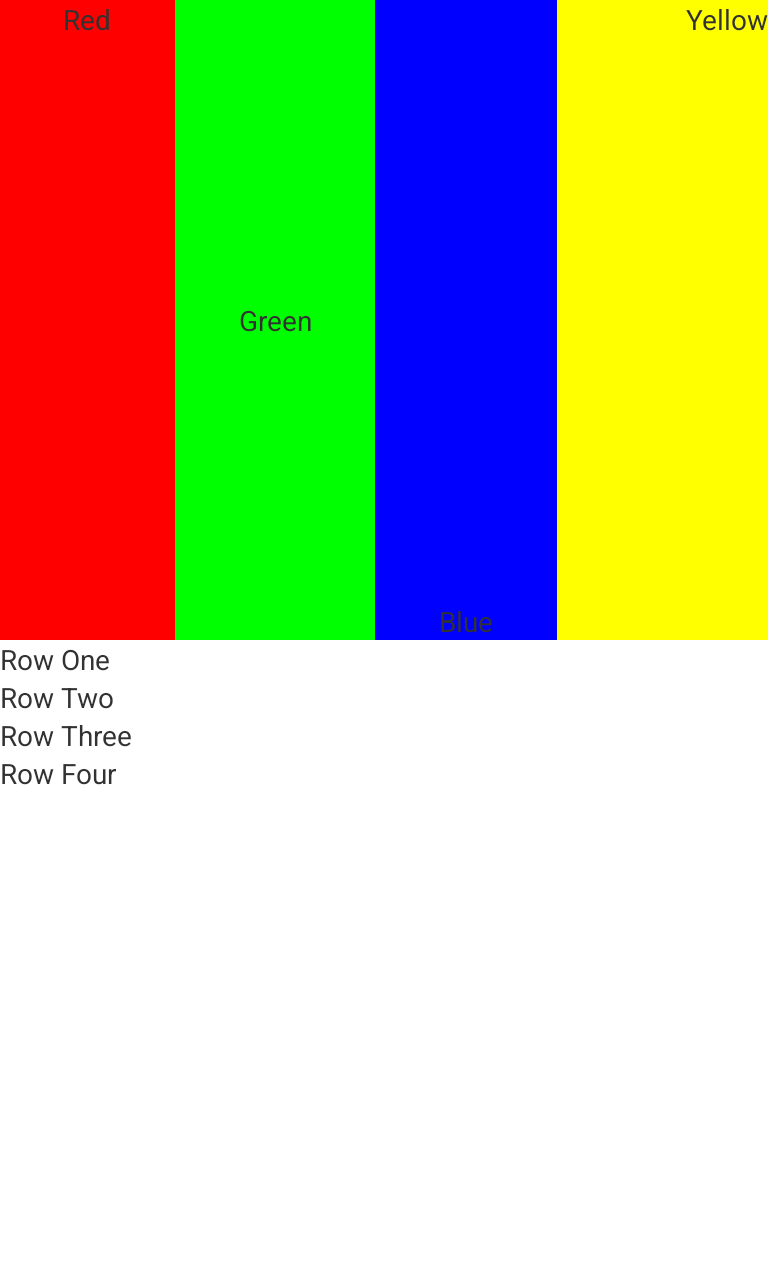
Repository: LuciferUltraM/workspace-utk
Layout: HelloViews/res/layout/activity_main.xml
An editor plug-in stored every save of this project. The layout is shown before and after the next save, followed by the edit.
It is drawn on a 768 x 1280 px phone screen (xhdpi) without system bars, with theme AppTheme; the app's code is not run.

Above is the layout before, as saved 2013-05-22 08:04:22.

After the next save:
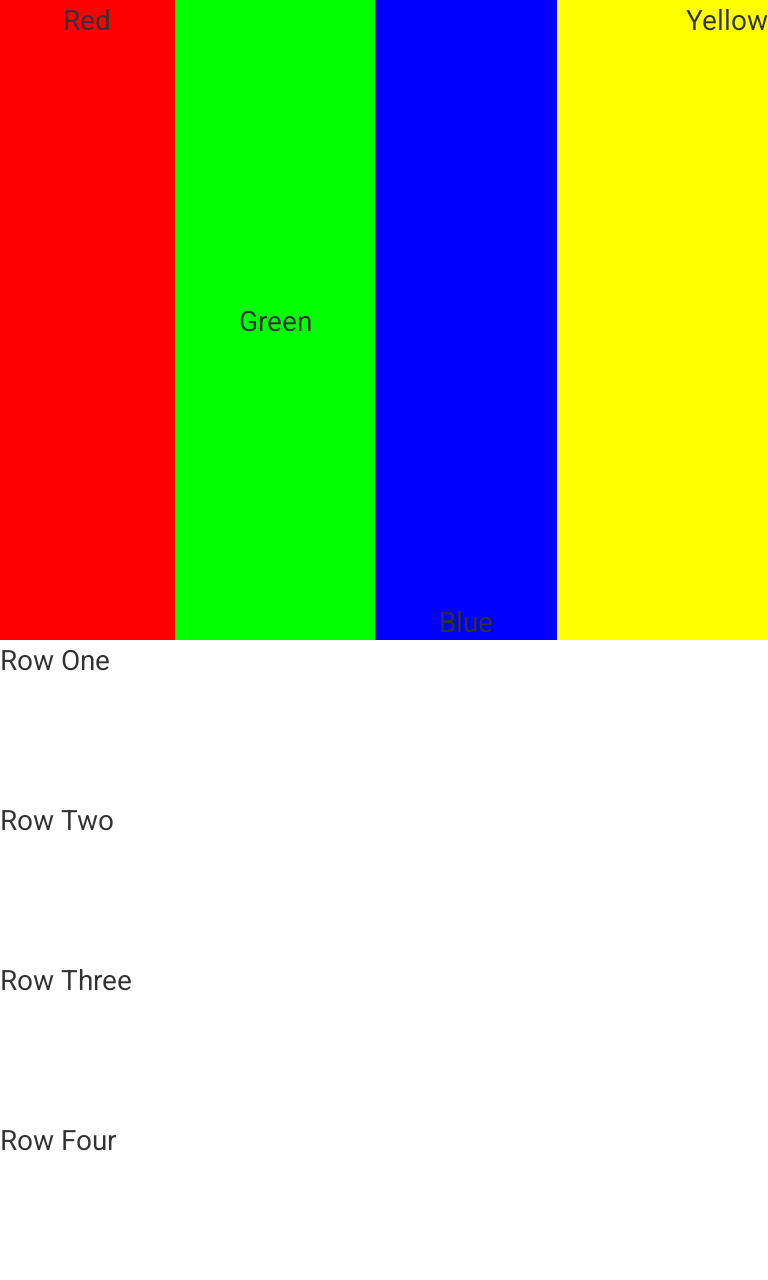
Saved 19 s later.
--- a/HelloViews/res/layout/activity_main.xml
+++ b/HelloViews/res/layout/activity_main.xml
@@ -58,24 +58,28 @@
             android:id="@+id/textView5"
             android:layout_width="wrap_content"
             android:layout_height="wrap_content"
+            android:layout_weight="1"
             android:text="Row One" />
 
         <TextView
             android:id="@+id/textView6"
             android:layout_width="wrap_content"
             android:layout_height="wrap_content"
+            android:layout_weight="1"
             android:text="Row Two" />
 
         <TextView
             android:id="@+id/textView7"
             android:layout_width="wrap_content"
             android:layout_height="wrap_content"
+            android:layout_weight="1"
             android:text="Row Three" />
 
         <TextView
             android:id="@+id/textView8"
             android:layout_width="wrap_content"
             android:layout_height="wrap_content"
+            android:layout_weight="1"
             android:text="Row Four" />
 
     </LinearLayout>
